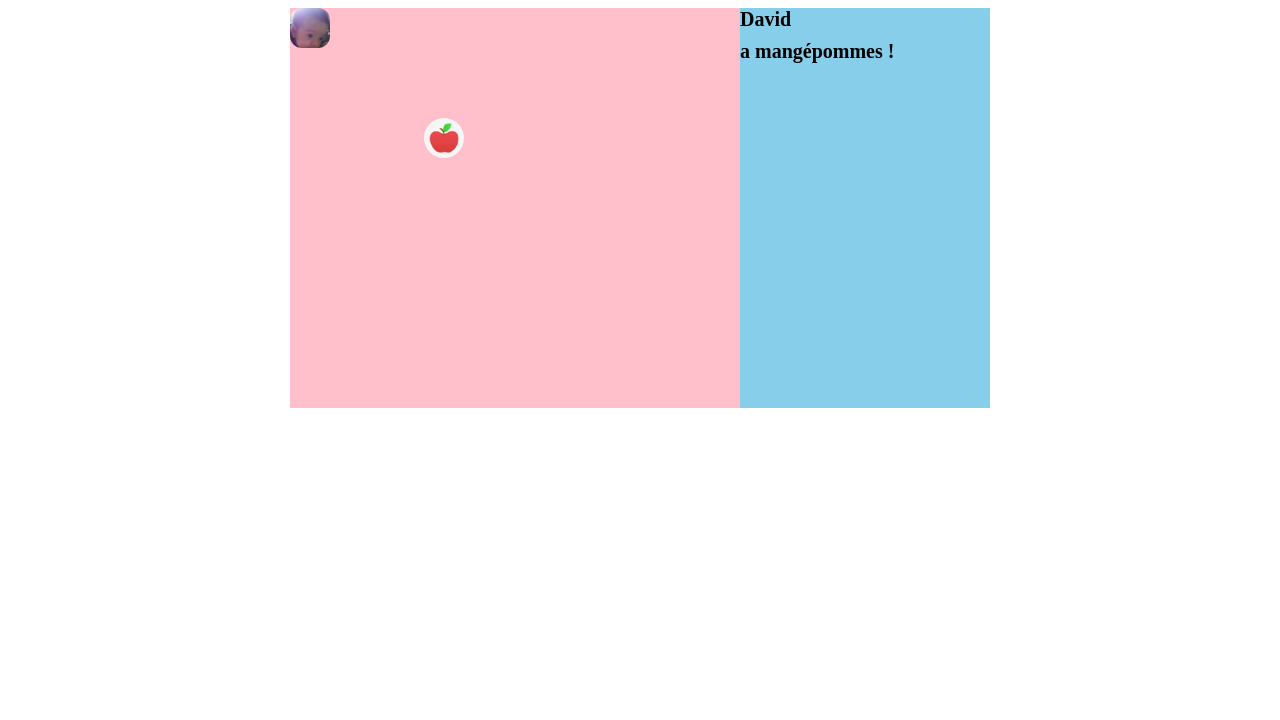
Repository: clairedupuich/kong_jian
Page: snake_game/snake.html
The author's editor kept a copy of each file at every save. The page is drawn from the files as they stood at one save, then again after a run of saves.
The browser window is 1280 px wide. The pictures show the whole page.

Above is the page before, as saved 2020-12-18 15:07:03.

After the next 2 saves:
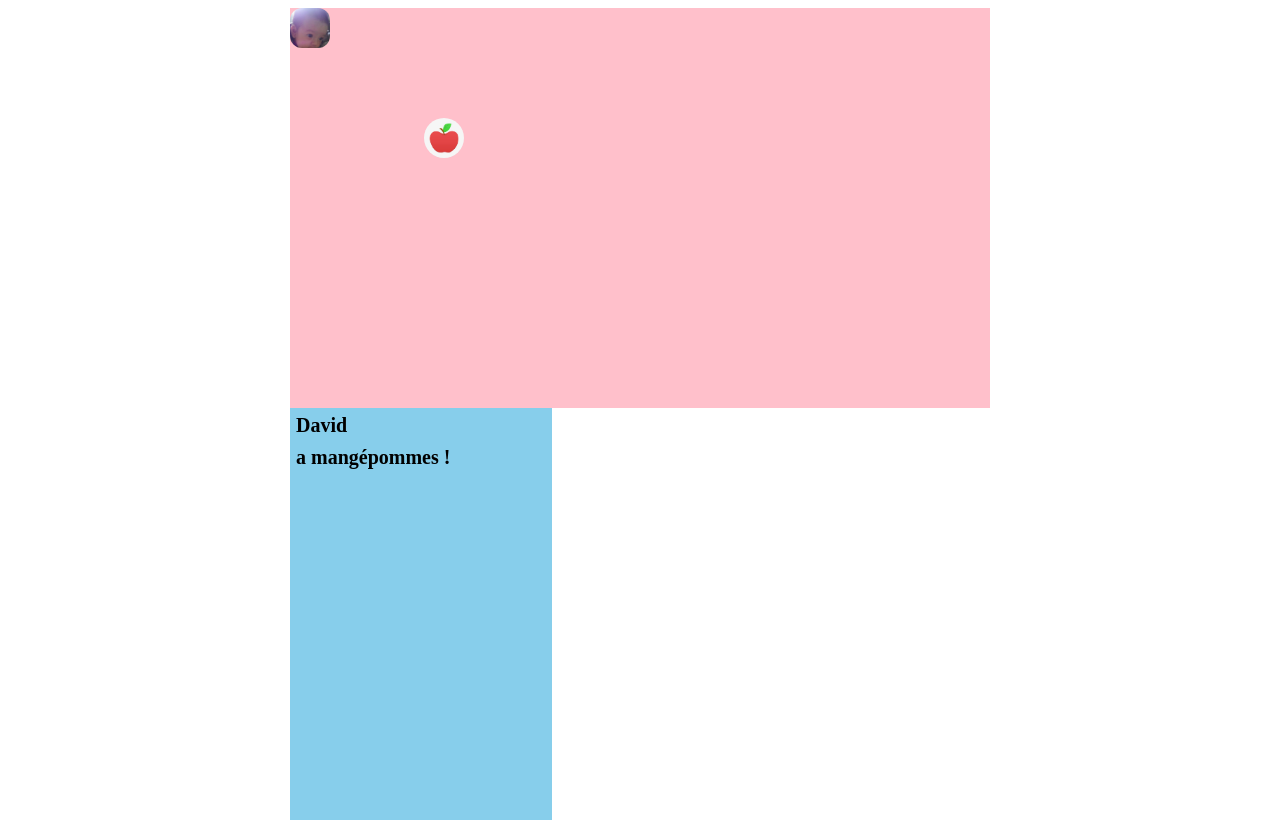
The 2 saves are shown as one change because they came seconds apart.
The last was saved 8 s later.
--- a/snake_game/snake.css
+++ b/snake_game/snake.css
@@ -13,7 +13,7 @@
     position: relative;
 }
 .menu{
-    padding: ;
+    padding: 6px;
     height: 400px;
     width: 250px;
     float: left;

After the save that followed:
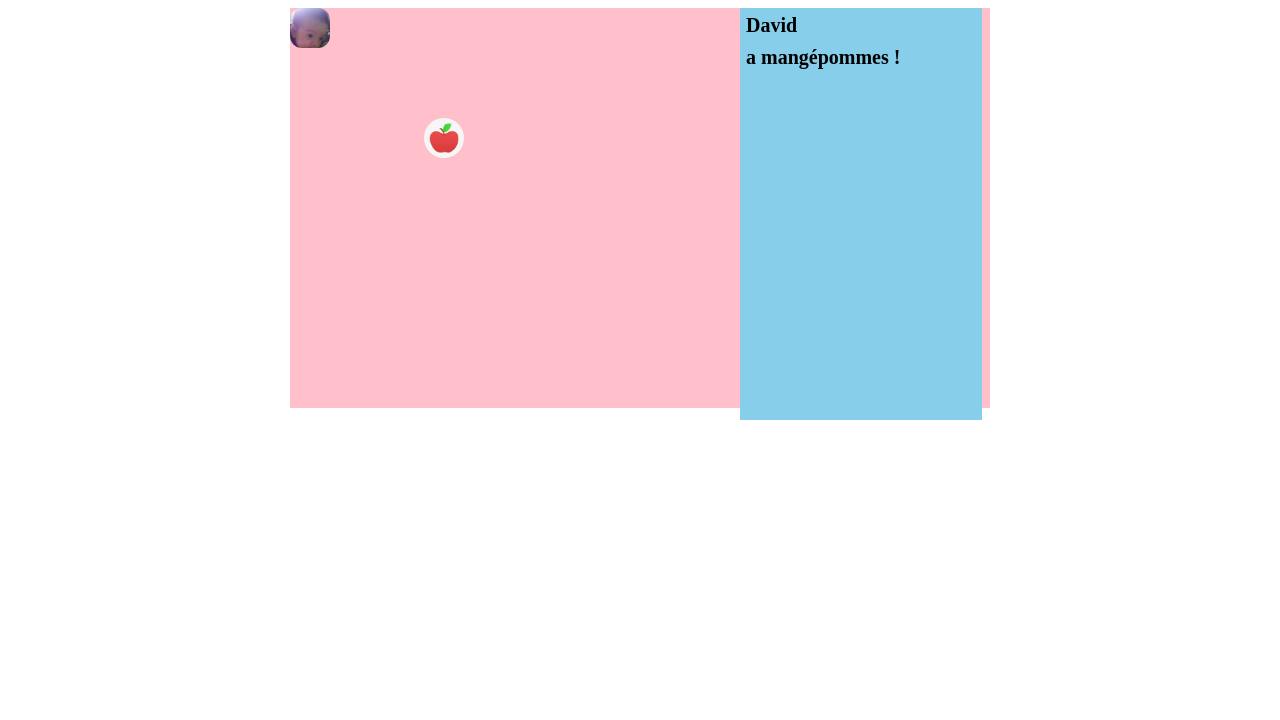
Saved 22 s later.
--- a/snake_game/snake.css
+++ b/snake_game/snake.css
@@ -15,7 +15,7 @@
 .menu{
     padding: 6px;
     height: 400px;
-    width: 250px;
+    width: 230px;
     float: left;
     background-color: skyblue;
 }
